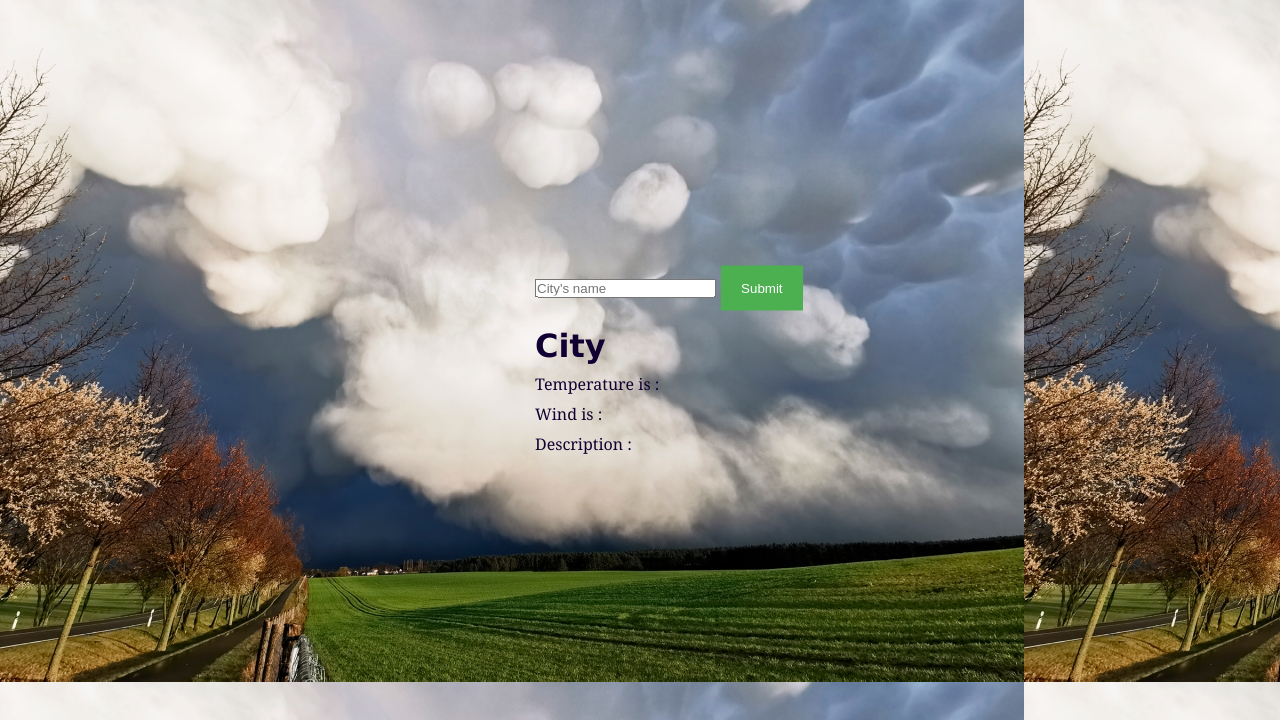
Repository: heartbreathing/searchWeather
Page: index.html
The author's editor kept a copy of each file at every save. The page is drawn from the files as they stood at one save, then again after the next save.
The browser window is 1280 px wide. The pictures show the whole page.

Above is the page before, as saved 2022-11-06 22:54:42.

After the next save:
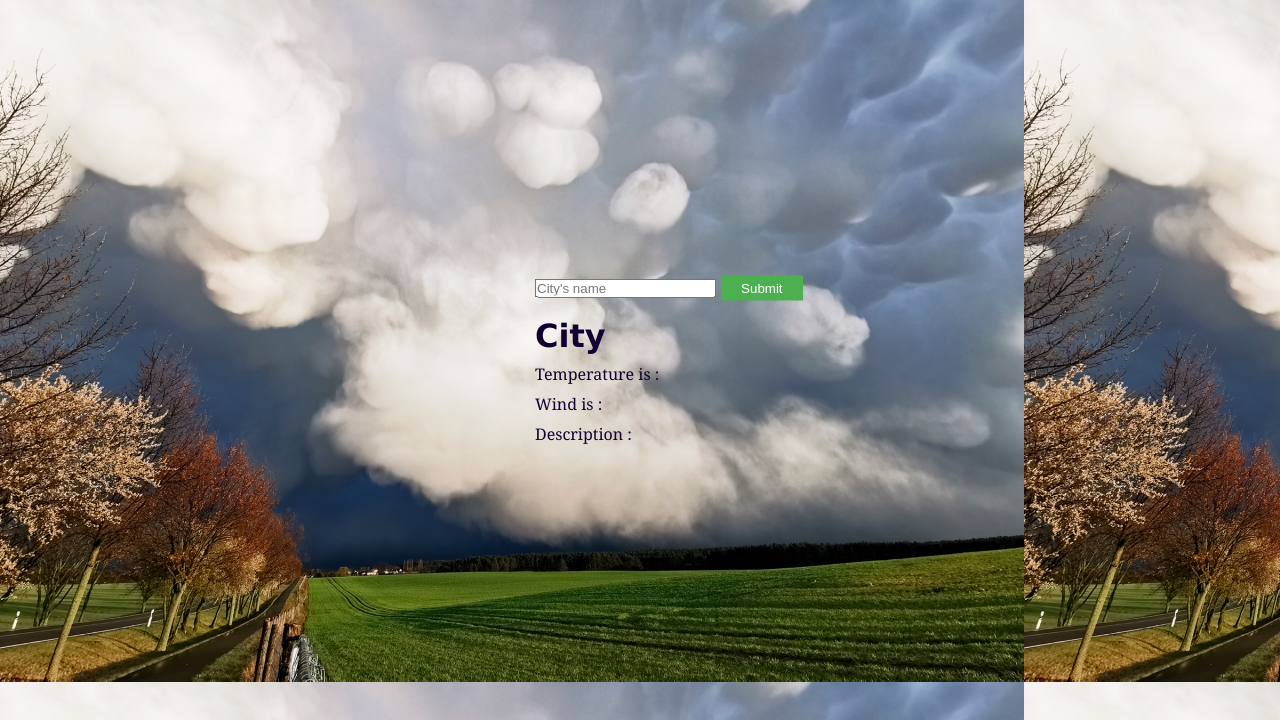
Saved 4 s later.
--- a/index.css
+++ b/index.css
@@ -29,7 +29,7 @@ h1 {
     background-color: #4CAF50; /* Green */
     border: none;
     color: white;
-    padding: 15px 20px;
+    padding: 5px 20px;
     text-align: center;
     text-decoration: none;
     display: inline-block;
